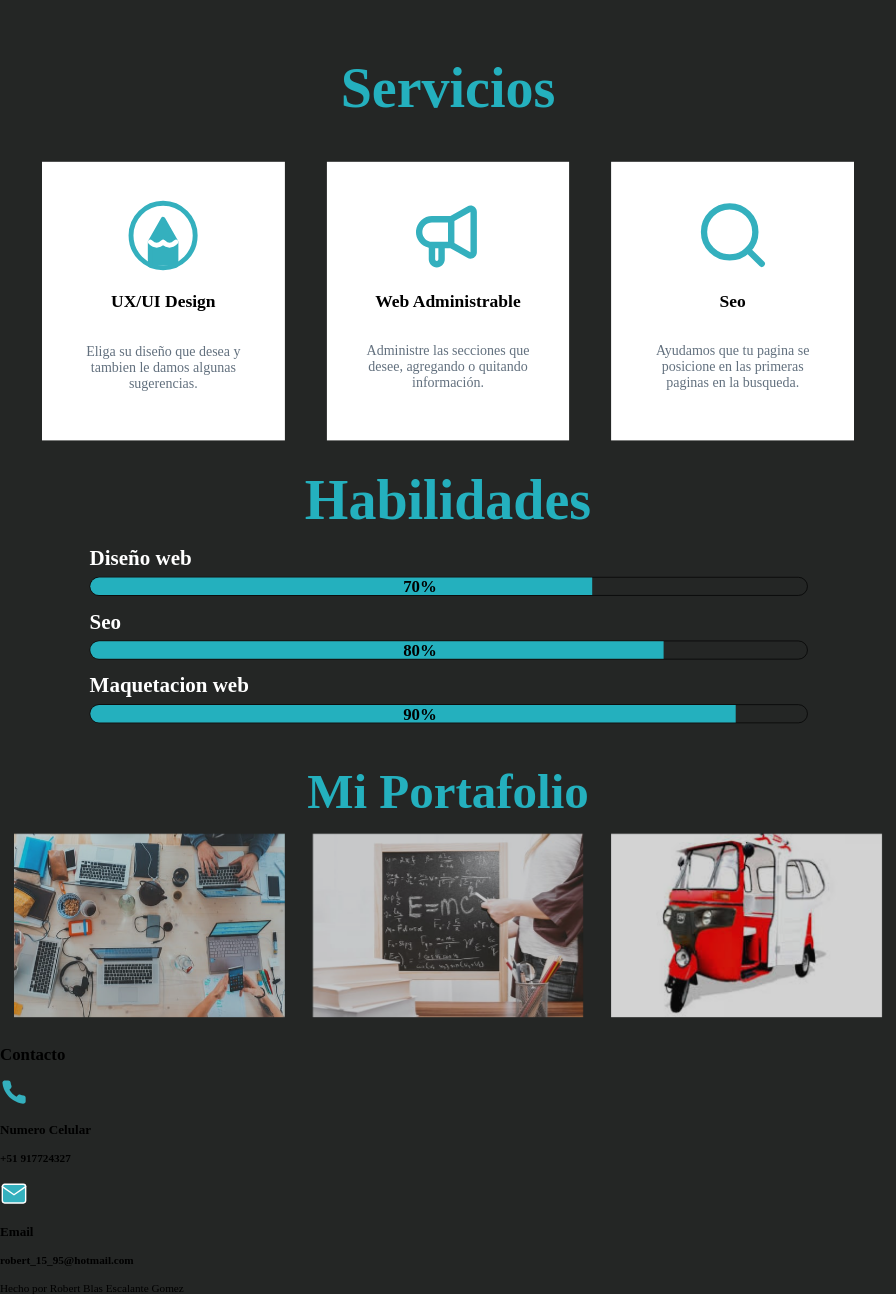
Repository: RobertAries28/PortafolioRobertEscalanteGomez2022
Page: index.html
An editor plug-in stored every save of this project. The page is shown before and after the next save, followed by the edit.
The browser window is 1280 px wide. The pictures show the part of the page from y = 1093 to 3013 px (the page is 2942 px tall before and 3013 px after), at 70% of full size.

Above is the page before, as saved 2022-02-15 20:07:51.

### index.html
<!DOCTYPE html>
<html lang="en">
<head>
    <meta charset="UTF-8">
    <meta http-equiv="X-UA-Compatible" content="IE=edge">
    <meta name="viewport" content="width=device-width, initial-scale=1.0">
    <link rel="preconnect" href="https://fonts.googleapis.com">
<link rel="preconnect" href="https://fonts.gstatic.com" crossorigin>
<link href="https://fonts.googleapis.com/css2?family=Montserrat:wght@100&display=swap" rel="stylesheet">
    <link rel="stylesheet" href="estilos.css">
    <title>Document</title>
</head>
<body>
    <header class="main-header">
        <div class="l-container">

        <div class="main-menu-toggle" id="main-menu-toggle"></div>
             <nav class="main-nav" id="main-nav">
                 <ul class="main-menu">
                       <li class="main-menu__item">
                           <a class="main-menu__link" href="#">
                              Home
                           </a>
                       </li>

                       <li class="main-menu__item">
                         <a class="main-menu__link" href="#servicios">
                           Servicios
                         </a>
                       </li>

                       <li class="main-menu__item">
                        <a class="main-menu__link" href="#acercaMi">
                          Acerca de Mí
                        </a>
                       </li>


                     <li class="main-menu__item">
                         <a class="main-menu__link" href="#habilidades">
                           Mis Habilidades
                         </a>
                     </li>

                     <li class="main-menu__item">
                        <a class="main-menu__link" href="#portafolio">
                         Mi Portafolio
                        </a>
                    </li>

                    <li class="main-menu__item">
                        <a class="main-menu__link" href="#">
                         Contacto
                        </a>
                    </li>


                 </ul>
             </nav>


        </div>
     </header>
     <main>
        <div class="main-nombre">
              <h2>Soy</h2><hr color="white"/>
              <h1>Robert</h1>
              <p class="parrafo">Desarrollador <br> Frontend</p>
        </div>

        <div class="main-imagen">
              <img src="imagenes/fotoPerfil.jpeg" alt="">
        </div>

        <div class="main-experiencia">
               <p><span>1 año</span><br>experiencia</p>
               <div>
                 <img src="imagenes/linkedin.svg" alt="">
                 <img src="imagenes/instagram.svg" alt="">
                 <img src="imagenes/twitter.svg" alt="">
               </div>
        </div>

        <div class="main-iconos">
          <div>
             <img src="imagenes/gmail.png" alt="">
             <img src="imagenes/amazon.png" alt="">
             <img src="imagenes/spotify.png" alt="">
            </div>
        </div>
    </main>

    <section id="acercaMi">
      <h2>Acerca de mí</h2>
      <p>Soy un Profesional Bachiller en la carrera de ingeniería de sistemas en la Universidad nacional Tecnológica de Lima Sur con capacidad para trabajar en equipo, con dinamismo y creatividad, responsable, puntual, proactivo, organizado, eficiente, valores firmes, capacidad para resolver problemas y facilidad de comunicación. Deseo obtener mas conocimientos y experiencias en empresas relacionados a mi carrera.

        Quiero obtener un puesto en la empresa, para contribuir con mi experiencia en prácticas y habilidad en el logro de las metas generales de la empresa y las responsabilidades a mi cargo, con la oportunidad de continuar desarrollándome.</p>
    </section>

    <aside id="servicios">
      <h2 class="servicios">Servicios</h2>
      <div class="diseño">
        <img src="imagenes/pincel.svg" alt="">
        <h3>UX/UI Design</h3>
        <p>Eliga su diseño que desea y tambien le damos algunas sugerencias.</p>
      </div>

      <div class="marketing">
        <img src="imagenes/marketing.svg" alt="">
        <h3>Web Administrable</h3>
        <p>Administre las secciones que desee, agregando o quitando información.</p>
      </div>

      <div class="seo">
        <img src="imagenes/lupa.svg" alt="">
        <h3>Seo</h3>
        <p>Ayudamos que tu pagina se posicione en las primeras paginas en la busqueda.</p>
      </div>
    </aside>



    <article class="habilidades" id="habilidades">
      <h3>Habilidades</h3>
      <div class="caja">
          <h4>Diseño web</h4>
          <div class="contenedor">

              <h2 class="numb">70%</h2>
              <div class="relleno">
              </div>


         </div>
      </div>

      <div class="caja">
          <h4>Seo</h4>
          <div class="contenedor">

              <h2 class="numb2">80%</h2>
              <div class="relleno relleno2">
              </div>


         </div>
      </div>

      <div class="caja">
          <h4>Maquetacion web</h4>
          <div class="contenedor">

              <h2 class="numb3">90%</h2>
              <div class="relleno relleno3">
              </div>


         </div>
      </div>

    </article>

    <article id="portafolio">
      <h2>Mi Portafolio</h2>

      <div class="portafolio">
        <div>
           <a href="https://robertaries28.github.io/Desarrollar-Paginas-Web/"><img src="imagenes/pagina-web1.jpg" alt=""></a>

        </div>

        <div>
            <a href="https://robertaries28.github.io/MatematicasMaster/"><img src="imagenes/matematicas.jpg" alt=""></a>

          </div>

        <div>
            <a href="https://robertaries28.github.io/ServicioTransporteMototaxisV.E.S/"><img src="imagenes/mototaxis.jpg" alt=""></a>

          </div>

      </div>
    </article>

    <footer id="contacto">
      <h2>Contacto</h2>

      <div class="contacto">
        <div>
            <img src="imagenes/phone.svg" alt="">
            <h3>Numero Celular</h3>
            <h4>+51 917724327</h4>
        </div>

        <div>
           <img src="imagenes/email.svg" alt="">
           <h3>Email</h3>
           <h4>robert_15_95@hotmail.com</h4>
        </div>
      </div>

      <div class="autor">
        Hecho por Robert Blas Escalante Gomez
      </div>
    </footer>




    <script src="javascript.js"></script>
</body>
</html>

### estilos.css
body{
    margin: 0;
    background: #242625;
}

.main-header{
    height: 4rem;
    background: #242635;
    position:sticky;

	top:0;

}
.l-container{
    max-width: 100%;
    padding-left: 1rem;
    padding-right: 1rem;
    display: flex;
    justify-content: space-between;
    align-items: center;

    height: 100%;
    color: white;

}
.main-menu{
    margin-top: 0;
    margin-bottom: 0;
    padding-left: 0;
    list-style: none;
    display: flex;
}

.main-menu li{
    padding: 0 20px;
}

a{
  text-decoration: none;
  color: white;
  font-family: 'Montserrat', sans-serif;
  font-size: 18px;
  font-weight: bold;
}


/*main*/

main{
    display: grid;
    grid-template-columns: 33.3% 33.3% 33.3%;
    grid-template-rows: repeat(3,auto);
    justify-items: center;
    padding-top: 30px;

}

.main-nombre{
    margin-left: 150px ;

}

.main-nombre h1{
    font-size: 150px;

    color: #24B0BE;
    margin: 0;
}

.main-nombre h2{
    font-size: 100px;
    margin: 0;

    color: white;
}

.main-nombre .parrafo{
    color: white;
    font-size: 40px;
    margin: 0;

}
.main-nombre hr{
    margin-bottom: 0;

}

.main-imagen{

    z-index: -100000;


}

.main-imagen img{

    width: 100%;
    height: 100%;
    border-radius: 50%;
    min-width: 20%;



}

.main-experiencia{
    margin-right: 50px;
}

.main-experiencia p{
    color: white;
    font-size: 45px;

}

.main-experiencia span{
    color: #24B0BE;
    padding-right: 5px;
}

.main-experiencia img{
    background: #D1CECA;
    width: 50px;

    border-radius: 50%;
    padding: 10px;
    margin: 0 15px;
}

.main-experiencia div{
    display: flex;
    justify-content: center;
}

.main-iconos{
   grid-column: 1 / span 3;
 justify-self: center;
   background: #212F3C;
  width:85%;
  position: relative;
 top: -10px;
 border-radius: 20px;
 z-index: -500;
}

.main-iconos div{
    display: flex;
  justify-content: center;
}

.main-iconos img{
    width: 10%;

  background: #D1CECA;
  padding: 0 15px;
  margin: 20px 10px;
  border-radius: 10px;
}

/*section*/
section{
 margin: 0 50px;
 padding: 0 100px;
}
section h2{
    text-align: center;
    font-size: 80px;
    margin-top: 40px ;
    margin-bottom: 20px;
    color: #24B0BE;
}

section p{
    text-align: center;
    color: white;
    font-size: 25px;
    line-height: 35px;
}

/* aside serivicios*/

aside{
    margin: 0 60px;
    display: grid;
    grid-gap: 60px;
    grid-template-columns: 1fr 1fr 1fr;
    grid-template-rows: auto auto;

    grid-template-areas: "servicios servicios servicios"
                         "diseño marketing seo";



}

aside p{
    color: #62707E;
    text-align: center;
    font-size: 20px;
}

aside h3{
    color: black;
    font-size: 25px;
}

aside .servicios{
    grid-area: servicios;
    text-align: center;
    font-size: 80px;
    color: #24B0BE;
    margin-bottom: 0;

}


aside .diseño{
    grid-area: diseño;
    background: white;
}

aside .marketing{
    grid-area: marketing;
    background: white;
}

aside .seo{
    grid-area: seo;
    background: white;
}

aside div{
    display: flex;
    flex-direction: column;
   align-items: center;
   padding: 50px;
}

/*article habilidades*/

.habilidades {
    width: 100%;

    margin: auto;
    display: flex;
    flex-direction: column;
    align-items: center;


}

.habilidades h3{
    font-size: 80px;
    color: #24B0BE;
    margin-top: 40px;
    margin-bottom: 0;
}

.habilidades h4{
    font-size: 30px;
    color: white;
    margin-top: 20px;
    margin-bottom: 10px;
}

.caja{
    width: 80%;
}

.contenedor {
    width: 100%;
    height: 25px;
    border: 1px solid black;
    align-self: center;
    border-top-left-radius: 50px;
    border-top-right-radius: 50px;
    border-bottom-left-radius: 50px;
    border-bottom-right-radius: 50px;
    margin-right: 0;
}

.relleno {
    width: 0px;
    height: 100%;
    background: #24B0BE;
    border-top-left-radius: 50px;
    border-bottom-left-radius: 50px;
    animation-name: coloreado;
    animation-delay: 0s;
    animation-duration: 3s;
    animation-timing-function: cubic-bezier(.17, .67, .83, .67);
    animation-fill-mode: forwards;
}

.relleno2{
    animation-name: coloreado2;
    animation-delay: 0s;
    animation-duration: 3s;
    animation-timing-function: cubic-bezier(.17, .67, .83, .67);
    animation-fill-mode: forwards;
}

.relleno3{
    animation-name: coloreado3;
    animation-delay: 0s;
    animation-duration: 3s;
    animation-timing-function: cubic-bezier(.17, .67, .83, .67);
    animation-fill-mode: forwards;
}

.contenedor h2 {
    position: absolute;
    left: 45%;
    margin: 0 auto;
}

.contenedor h3 {
    text-align: center;
    margin: 10px auto;
}

@keyframes coloreado {
    10% {
        width: 0%;
    }
    100% {
        width: 70%;
    }
}

@keyframes coloreado2 {
    10% {
        width: 0%;
    }
    100% {
        width: 80%;
    }
}

@keyframes coloreado3 {
    10% {
        width: 0%;
    }
    100% {
        width: 90%;
    }
}


/*article portafolio*/
 .portafolio{
     display: flex;


 }

 #portafolio h2{
  font-size: 70px;
  text-align: center;
  color: #24B0BE;
  margin-bottom: 0;
 }



 .portafolio div{
     width: 100%;
     margin: 20px;
 }

 .portafolio img{
     width: 100%;
     height: 100%;
     filter: opacity(0.8);
 }

@media screen and ( max-width: 768px){



.main-menu__item{
    padding: .5rem 0 .5rem 1rem
}

.main-menu__link{
    color: white;
    margin-left: 1rem;
}



.main-nav{
    position: fixed;
    height: calc(100vh - 4rem);
    width: 200px;
    background: black;
    top: 4rem;
    right: -200px;




}

.main-menu{
    flex-direction: column;
}

.main-menu li{
    padding: 10px 0;
}



.show{
right: 0px;
transition-duration: 1s;
transition-timing-function:ease-in-out

}

 :not(.show){
     transition-duration: 1s;
  transition-timing-function: ease-in
 }


.main-menu-toggle{
    width: 2.4rem;
    margin-left: calc(100% - 38.4px);
    height: 1.6rem;
    background: linear-gradient(white 20%, transparent 20%, transparent 40%, white 40%, white 60%, transparent 60%, transparent 80%, white 80%);
    cursor: pointer;

}

/* main*/

.main-nombre{
    margin-left: 0px;
}

.main-nombre h1{
    font-size: 30px;

    color: #24B0BE;
    margin: 0;
}

.main-nombre h2{
    font-size: 20px;
    margin: 0;

    color: white;
}

.main-nombre .parrafo{
    color: white;
    font-size: 15px;
    margin: 0;

}


.main-experiencia{
    margin-right: 10px;
}

.main-experiencia p{
    color: white;
    font-size: 15px;
    margin-top: 0;
    margin-bottom: 10px;

}



.main-experiencia img{
    background: #D1CECA;


    border-radius: 50%;
    padding: 10px;
    width: 10%;
    margin: 0 5px;
}

.main-iconos{
    border-radius: 20px;
    padding-top: 0px;
    padding-bottom: 0px;

}

.main-iconos img{
    margin-top:10px ;
    margin-bottom:10px ;
}

section h2{
 font-size: 30px;
}

section{
    padding: 0;
    margin: 0 15px;

}
section p{
    font-size: 15px;
    padding: 0;
    line-height: 25px;
}

/* aside servicios */
aside h3{
    text-align: center;
    margin-bottom: 0;
}
aside{

    grid-template-columns: 1fr 1fr 1fr;
    grid-template-rows: auto auto auto auto;
    grid-template-areas: "servicios servicios servicios"
    "diseño diseño diseño"
     "marketing marketing marketing" "seo seo seo";
}

aside .servicios{
    font-size: 30px;
}

/*article*/
    .habilidades h3{
      font-size: 30px;
    }

    .habilidades h4{
        font-size: 20px;
    }

    .habilidades h2{
        font-size: 20px;
    }

    /*article portafolio*/

    #portafolio h2{
        font-size: 30px;
    }
    .portafolio{
        flex-wrap: wrap;
    }
}

### javascript.js
 const showMenu = (toggleId, navId) =>{
               const toggle = document.getElementById(toggleId),
               nav = document.getElementById(navId)

               if(toggle && nav){
                   toggle.addEventListener('mouseover' , ()=>{
                       nav.classList.toggle('show')
                   })



               }

               if(toggle && nav){
                   toggle.addEventListener('mouseout' , ()=>{
                       nav.classList.toggle('show')
                   })



               }



           }
           showMenu('main-menu-toggle','main-nav')

           const numb = document.querySelector(".numb");
           let counter = 0;
           setInterval(() => {
               if (counter == 70) {
                   clearInterval();
               } else {
                   counter += 1;
                   numb.textContent = counter + "%";
               }
           }, 35);

After the next save:
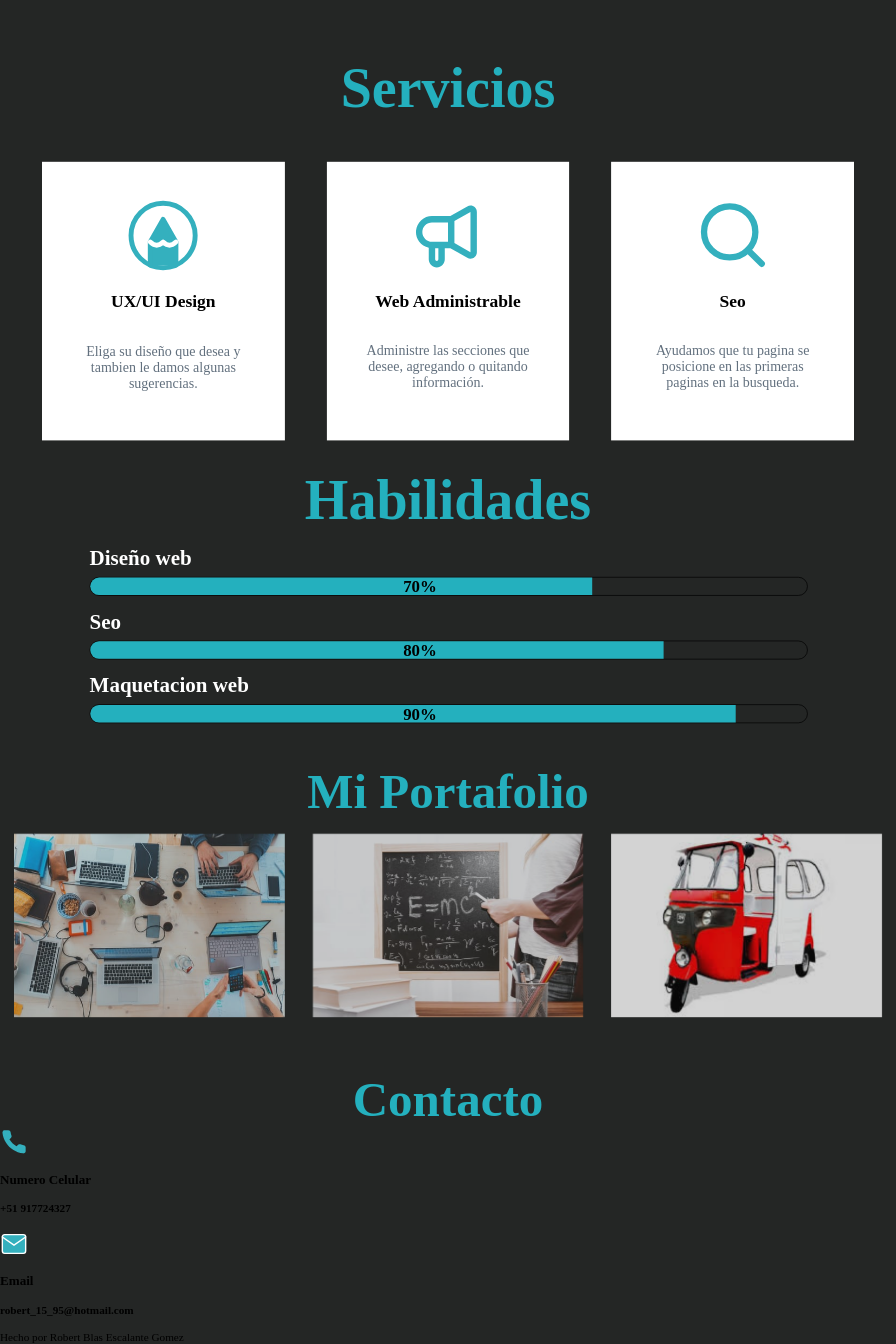
Saved 102 s later.
--- a/estilos.css
+++ b/estilos.css
@@ -374,6 +374,14 @@
      filter: opacity(0.8);
  }
 
+ #contacto h2{
+     font-size: 70px;
+     text-align: center;
+     color: #24B0BE;
+     margin-bottom: 0;
+
+ }
+
 @media screen and ( max-width: 768px){
 
 
